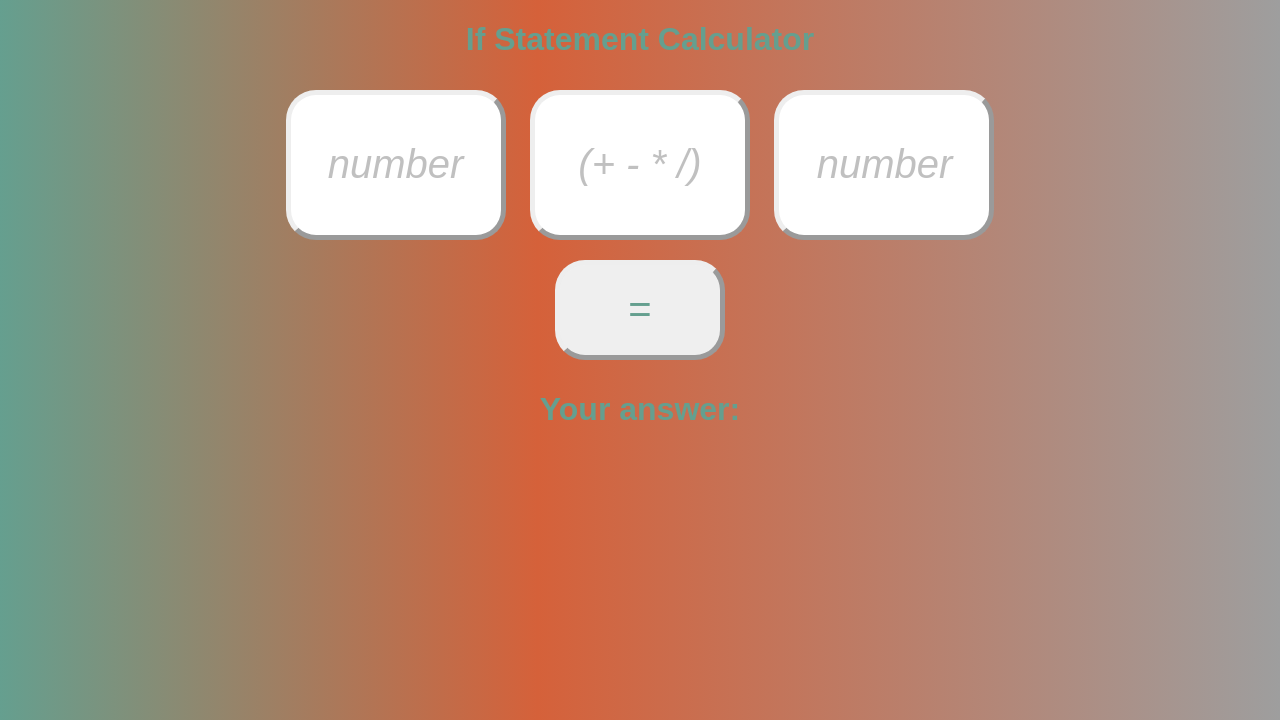
Repository: WesleyErasmus/threeInputCalculator
Page: html/if-calculator.html
These files come from the project's save history. The page is drawn as it stood at one moment and after the next save; the edit follows.
The browser window is 1280 px wide. The pictures show the whole page.

Above is the page before, as saved 2022-04-27 22:54:33.

### html/if-calculator.html
<!DOCTYPE html>
<html lang="en">
<head>
    <meta charset="UTF-8">
    <meta http-equiv="X-UA-Compatible" content="IE=edge">
    <meta name="viewport" content="width=device-width, initial-scale=1.0">
    <title>JS If Calculator</title>
    <link rel="stylesheet" href="/css/stylesheet.css">
    <script src="/js/if-calculator.js"></script>
</head>
<body>

<center>
    <form onsubmit="return false;">
        <h1>If Statement Calculator</h1>
         <input id="input1" type="text" name = "input1" placeholder="number"> <!-- input-1 -->
         <input id="input3" type="text" name = "input3" placeholder="(+ - * /)"> <!-- input-3 (operator) -->
         <input id="input2" type="text" name = "input2" placeholder="number"> <!-- input-2 -->
        <div>
         <button onclick="sum()">=</button>
        </div>
         <h1>Your answer:</h1>
         <p id="output"></p>
    </form>
</center>
</body>
</html>

### css/stylesheet.css
body {
font-family: sans-serif;
background: rgb(101,159,143);
background: linear-gradient(90deg, rgba(101,159,143,1) 0%, rgba(213,97,58,1) 42%, rgba(158,158,158,1) 100%);
}
h1 {
    color: #659f8f;
}
form {
display: block;
margin: 0 auto;
}
input {
    width: 170px;
    height: 100px;
    padding: 20px;
    margin: 10px;
    text-align: center;
    font-size: 40px;
    border-radius: 30px;
    border: 5px outset;
}
button {
    color: #659f8f;
    width: 170px;
    height: 100px;
    padding: 0;
    margin: 10px;
    font-size: 40px;
    border-radius: 30px;
    border: 5px outset;
}
p {
    text-align: center;
    margin: 10px;
    padding: 20px;
    font-size: 75px;
    border-radius: 10px;
    color: #d5613a;
}
::placeholder {
    color: #9e9e9ea6;
    font-style: italic;
}

### js/if-calculator.js
function sum() {
const num1 = document.getElementById("input1").value;
const num2 = document.getElementById("input2").value;
const operator = document.getElementById("input3").value;
const output = document.getElementById("output").value;
  let answer;
  document.getElementById("output").value;
  if (operator == '+') {
    answer = +num1 + +num2;
    document.getElementById("output").innerHTML = answer;
  } else if (operator == '-') {
    answer = num1 - num2;
    document.getElementById("output").innerHTML = answer;
  } else if (operator == '*') {
    answer = num1 * num2;
    document.getElementById("output").innerHTML = answer;
  } else {
    answer = num1 / num2;
    document.getElementById("output").innerHTML = answer;
  }console.log(answer);
}

After the next save:
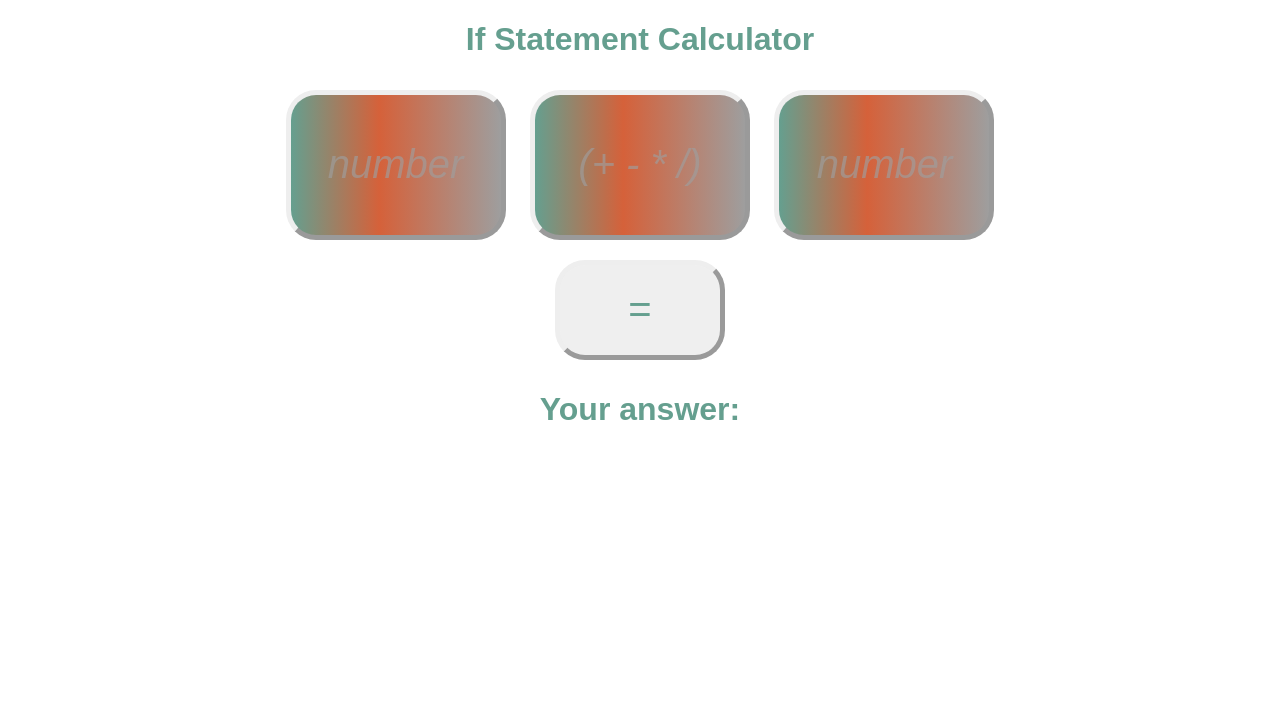
Saved 18 s later.
--- a/css/stylesheet.css
+++ b/css/stylesheet.css
@@ -1,7 +1,6 @@
 body {
 font-family: sans-serif;
-background: rgb(101,159,143);
-background: linear-gradient(90deg, rgba(101,159,143,1) 0%, rgba(213,97,58,1) 42%, rgba(158,158,158,1) 100%);
+/* background-color: #9e9e9e; */
 }
 h1 {
     color: #659f8f;
@@ -11,6 +10,8 @@ display: block;
 margin: 0 auto;
 }
 input {
+    background: rgb(101,159,143);
+background: linear-gradient(90deg, rgba(101,159,143,1) 0%, rgba(213,97,58,1) 42%, rgba(158,158,158,1) 100%);
     width: 170px;
     height: 100px;
     padding: 20px;
